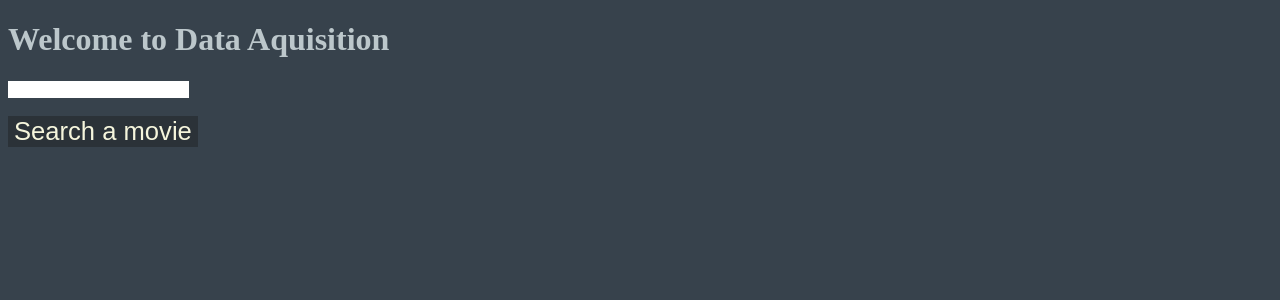
Repository: randy918/good-naked-beginning
Page: index.html
These files come from the project's save history. The page is drawn as it stood at one moment and after a run of saves; the edit follows.
The browser window is 1280 px wide. The pictures show the whole page.
The style sheet was rebuilt from its Sass, Less or Tailwind sources for each picture, by a compiler version that may differ from the author's.

Above is the page before, as saved 2023-01-01 15:38:55.

After the next 4 saves:
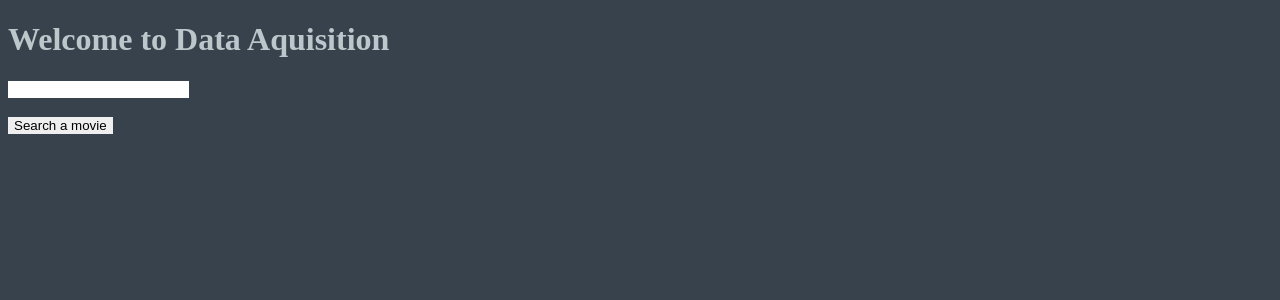
The 4 saves are shown as one change because 1 did not build or start and some came seconds apart.
The last was saved 13 s later.
--- a/css/main.scss
+++ b/css/main.scss
@@ -41,7 +41,7 @@ h1 {
 
 }
 
-
+#inputValue
 
 #search {
 
